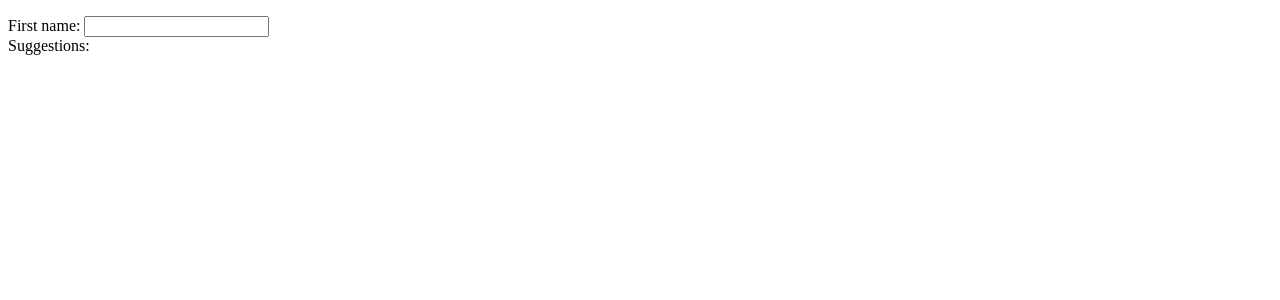
Repository: M-Anusha/Myprojects
Page: http://localhost/ajaxDemo/hello.jsp
The author's editor kept a copy of each file at every save. The page is drawn from the files as they stood at one save, then again after the next save.
The browser window is 1280 px wide. The pictures show the whole page.
The page is served by Tomcat 9.

Above is the page before, as saved 2015-08-17 05:34:33.

After the next save:
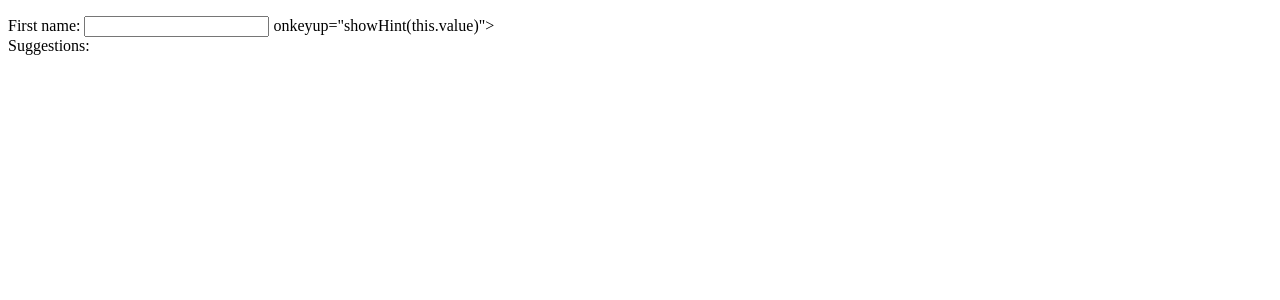
Saved 40 min 53 s later.
--- a/ajaxDemo/WebContent/hello.jsp
+++ b/ajaxDemo/WebContent/hello.jsp
@@ -35,7 +35,7 @@ function showHint(str)
 <body>
 <form>
 <p>
-First name: <input type="text" id="txt1" name="put" onkeyup="showHint(this.value)"> <br/>
+First name: <input type="text" id="txt1" <!-- name="put" --> onkeyup="showHint(this.value)"> <br/>
 Suggestions: <span id="t"></span></p>
 
 </form>
